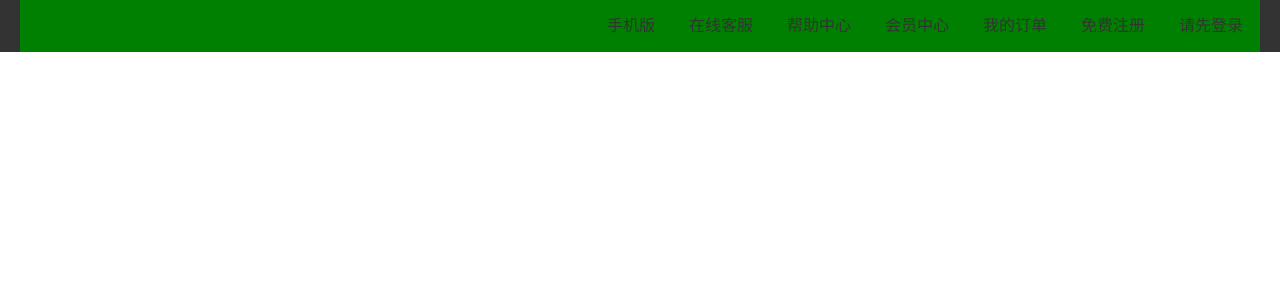
Repository: DengBiHua/xtx_pc_client
Page: index.html
The author's editor kept a copy of each file at every save. The page is drawn from the files as they stood at one save, then again after the next save.
The browser window is 1280 px wide. The pictures show the whole page.

Above is the page before, as saved 2022-04-16 10:29:59.

After the next save:
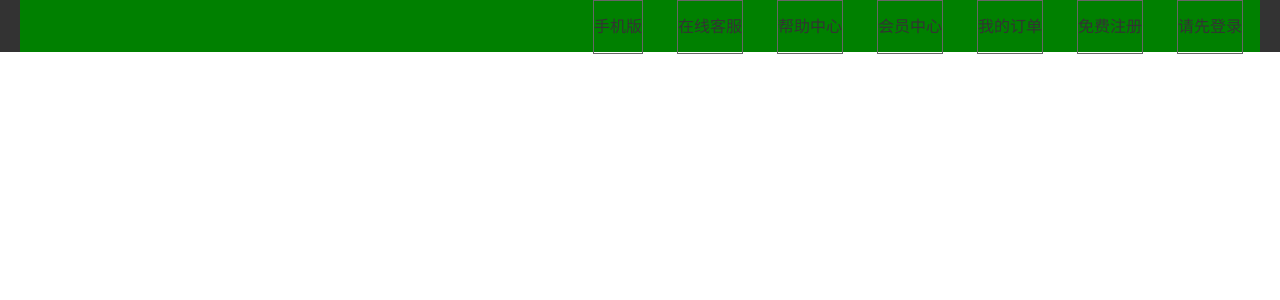
Saved 44 s later.
--- a/css/common.css
+++ b/css/common.css
@@ -21,4 +21,5 @@
 .header .wrapper li {
     float: right;
     margin: 0 17px;
+    border: 1px solid #666666;
 }
